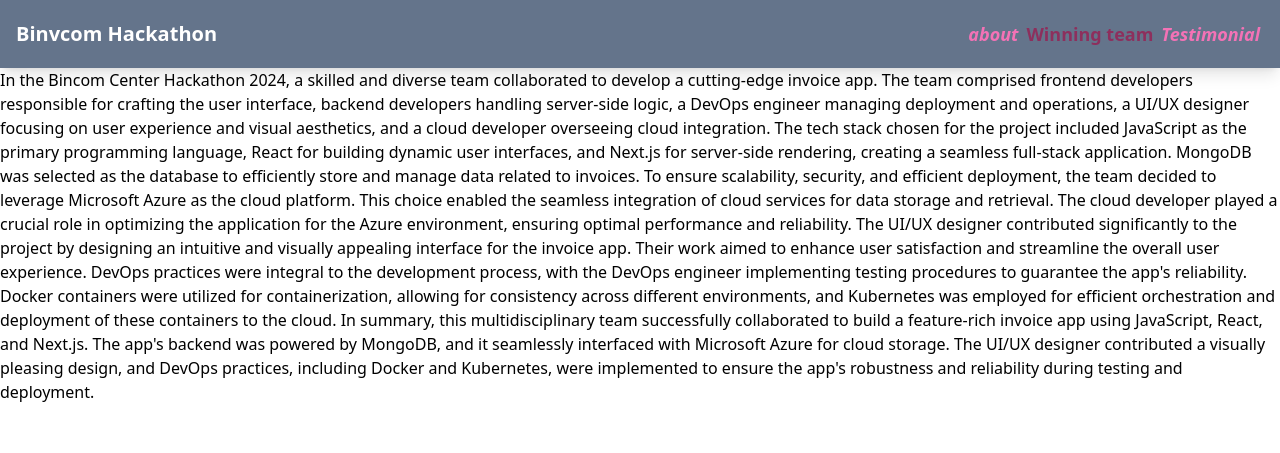
Repository: Semanmernstack/Bincom
Page: /winner
The author's editor kept a copy of each file at every save. The page is drawn from the files as they stood at one save, then again after the next save.
The browser window is 1280 px wide. The pictures show the whole page.
The project was rebuilt for these pictures with package versions that can differ from the ones it lists, and the page was loaded fresh each time. The framework's server and built-in components were replaced by stand-ins that run in the browser. Also part of the build but not shown: next.config.mjs.

Above is the page before, as saved 2024-01-25 23:16:02.

After the next save:
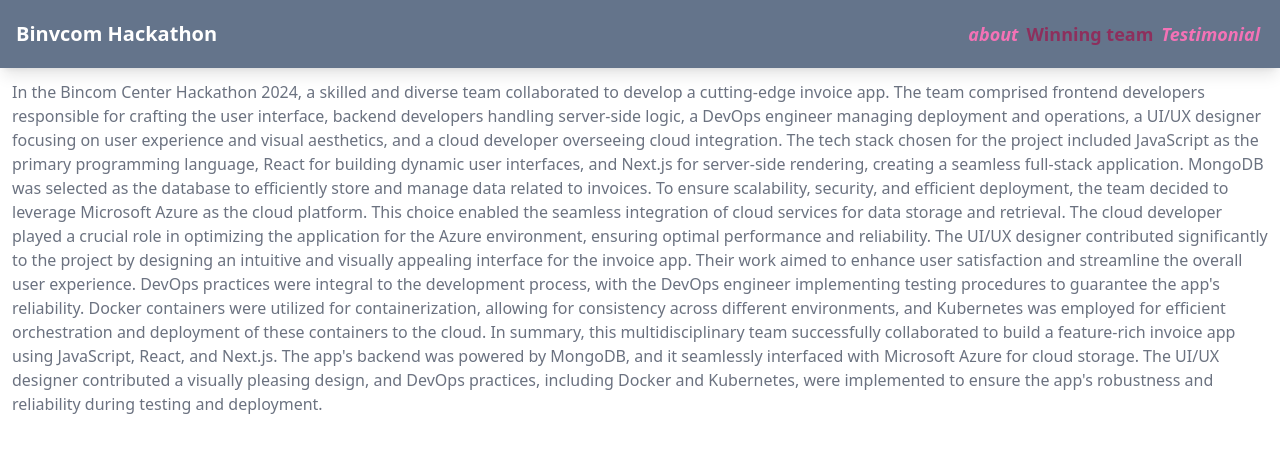
Saved 32 s later.
--- a/app/winner/page.tsx
+++ b/app/winner/page.tsx
@@ -2,7 +2,7 @@ import React from 'react'
 
 function page() {
   return (
-    <div>
+    <div className='p-3 text-gray-500'>
         <h2>
                 In the Bincom Center Hackathon 2024, a skilled and diverse team collaborated to develop a cutting-edge invoice app. The team comprised frontend developers responsible for crafting the user interface, backend developers handling server-side logic, a DevOps engineer managing deployment and operations, a UI/UX designer focusing on user experience and visual aesthetics, and a cloud developer overseeing cloud integration.
 
